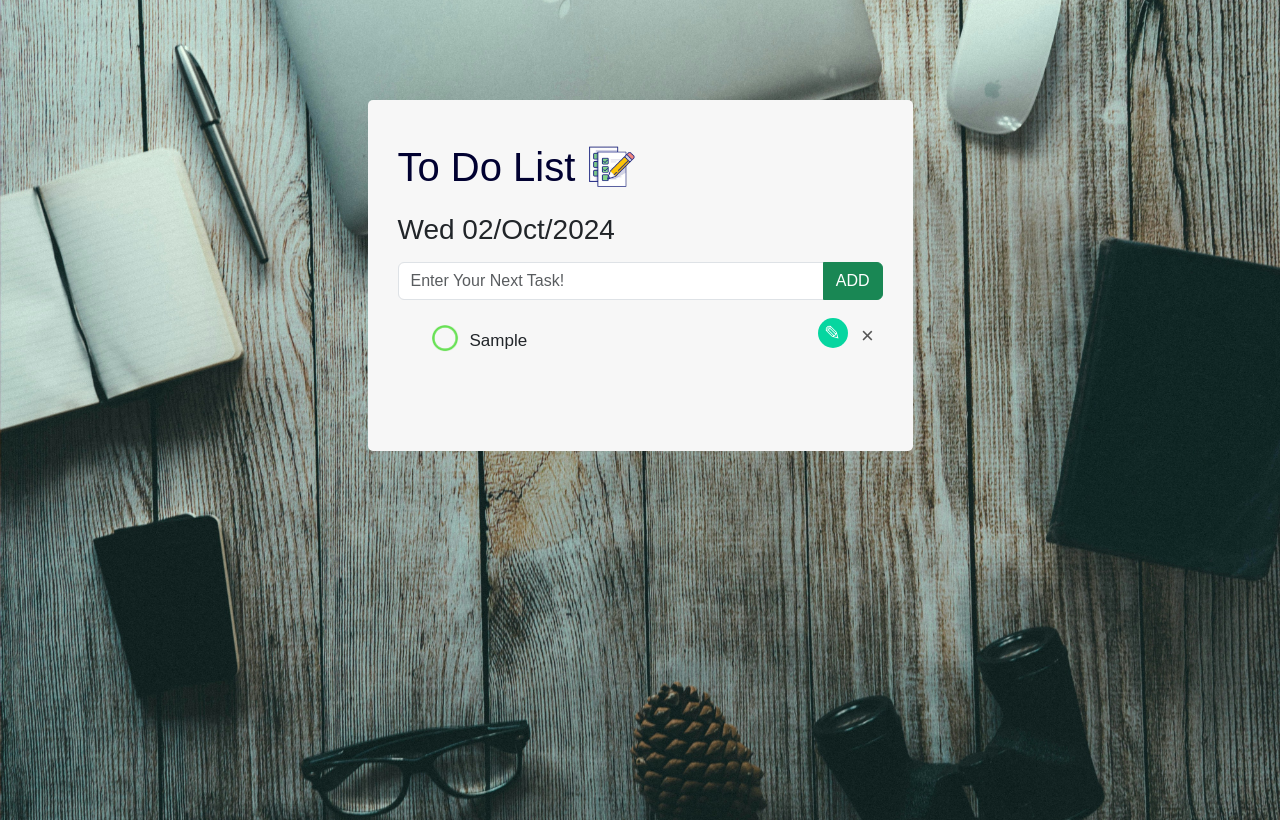
Repository: zeinawady/To_Do_List
Page: index.html
The author's editor kept a copy of each file at every save. The page is drawn from the files as they stood at one save, then again after the next save.
The browser window is 1280 px wide. The pictures show the whole page.
Empty fields were first filled with sample values (such as "Sample", 5 or name@example.com).
After loading, the first visible `button.btn` was clicked once.

Above is the page before, as saved 2024-10-02 02:30:25.

### index.html
<!DOCTYPE html>
<html lang="en">

<head>
    <meta charset="UTF-8">
    <meta name="viewport" content="width=device-width, initial-scale=1.0">
    <title>To Do list</title>
    <link href="https://cdn.jsdelivr.net/npm/bootstrap@5.3.3/dist/css/bootstrap.min.css" rel="stylesheet" integrity="sha384-QWTKZyjpPEjISv5WaRU9OFeRpok6YctnYmDr5pNlyT2bRjXh0JMhjY6hW+ALEwIH" crossorigin="anonymous">
    <link rel="stylesheet" href="css/style.css">
</head>

<body>

    <div class="container">
        <div class="todo-app">
            <h1>To Do List <img src="images/todolistpng.png" alt="to-do-list" class="logo"></h1>
           <h3 id="date"></h3>
            <div class="input-group mb-3">
                <input type="text"  class="form-control" id="input-box" placeholder="Enter Your Next Task!" aria-label="Enter Your Next Task!" aria-describedby="button">
                <button class="btn btn-success" onclick="addTask()">ADD</button>

            </div>
            <ul id="list-container">
                <!-- <li class="checked">Task 0</li>
                <li>Task 1</li> -->
            </ul>
        </div>


    </div>
    <script src="https://cdn.jsdelivr.net/npm/bootstrap@5.3.3/dist/js/bootstrap.bundle.min.js" integrity="sha384-YvpcrYf0tY3lHB60NNkmXc5s9fDVZLESaAA55NDzOxhy9GkcIdslK1eN7N6jIeHz" crossorigin="anonymous"></script>
    <script src="script.js"></script>
</body>

</html>

### css/style.css
* {
    margin: 0;
    padding: 0;
    box-sizing: border-box;
    font-family: Arial, Helvetica, sans-serif;
}

:root {
    --font-color: rgb(1, 1, 49);
}

li {
    list-style: none;
}
body{
    background-image: url(../images/background3.jpg);
    background-position: center;
    background-size: cover;
    background-repeat: no-repeat;
    height: 100vh;
}


.todo-app {

    max-width: 545px;
    background-color: rgb(247, 247, 247);
    margin: 100px auto;
    padding: 40px 30px 70px;
    border-radius: 5px;
    transition: 0.5s;
}

.todo-app:hover {
    box-shadow: 4px 5px rgb(114, 114, 114);

}

.todo-app h1 {
    color: var(--font-color);
    display: flex;
    align-items: center;
    margin-bottom: 20px;

}
#date{
    margin-bottom: 15px;
}

.logo {
    width: 53px;
    margin-left: 10px;
}

.form {
    background-color: #efe2e2;
    border-radius: 10px;
}


ul li {
    position: relative;
    font-size: 17px;
    padding: 12px 2px 12px 40px;
    user-select: none;
    cursor: pointer;
}

ul li::before {
    content: '';
    position: absolute;
    height: 28px;
    width: 28px;
    border-radius: 50%;
    background-image: url(../images/unchecked.png);
    background-size: cover;
    background-position: center;
    left: 1px;
    top: 8px;
}

ul li.checked {
    color: #555;
    text-decoration: line-through;

}

ul li.checked::before {
    color: #666;
    background-image: url(../images/checked.png);
}

ul li span {
    position: absolute;
    right: 0;
    top: 5px;
    width: 30px;
    height: 30px;
    font-size: 22px;
    color: #555;
    line-height: 30px;
    text-align: center;
    border-radius: 50%;
    /* border: solid; */
    transition: 0.2s;
}

ul li span:hover {
    background-color: #e8e6e6;
}
ul li button{
    position: absolute;
    right: 35px;
    top: 2px;
    width: 30px;
    height: 30px;
    text-align: center;
    cursor: pointer;
    border: none;
    outline: none;
    background-color: #06d6a0;
    border-radius: 50%;
    color: rgb(255, 255, 255);
    transition: 0.3s;
    font-size: 20px;
}

### script.js
let listContainer = document.getElementById("list-container");
let inputBox = document.getElementById("input-box");
let currentDate= document.getElementById("date");
function addTask() {
    if (inputBox.value === '') {
        alert("No Task Added!");
    }
    else {
        let li = document.createElement("li");
        li.innerHTML = inputBox.value;
        listContainer.appendChild(li);
        let xSign = document.createElement("span");
        xSign.innerHTML = '\u00d7';  // x sign code
        li.appendChild(xSign);

        let editBtn = document.createElement("button");
        editBtn.innerHTML="\u270E";

        li.appendChild(editBtn);
    }
    inputBox.value = "";  //so that input text become empty again
    saveTask();

}

inputBox.addEventListener("keydown", function (e) {
    if (e.key === "Enter") {
        e.preventDefault();
        addTask();
    }
});

listContainer.addEventListener("click", function (e) {
    //e is the event object contains info about event & target element that was clicked.
    if (e.target.tagName === "LI") {
        e.target.classList.toggle("checked");
        saveTask();
    }
    else if (e.target.tagName === "SPAN") {
        e.target.parentElement.remove();
        saveTask();

    }
    else if(e.target.tagName==="BUTTON"){
        let li=e.target.parentElement;
        let currentTask=li.firstChild.textContent;
        let newTask=prompt("Edit Your Task: " , currentTask);
        li.firstChild.textContent=newTask;
    }
})

function saveTask() {
    localStorage.setItem("Task", listContainer.innerHTML);
}
function showTask() {
    listContainer.innerHTML = localStorage.getItem("Task");
}
showTask();

function displayDate(){
    let date=new Date();
    date=date.toString().split(" ");
    currentDate.innerHTML=date[0]+" "+ date[2]+'/'+ date[1] +'/'+ date[3];
    console.log();
}
window.onload=displayDate();

After the next save:
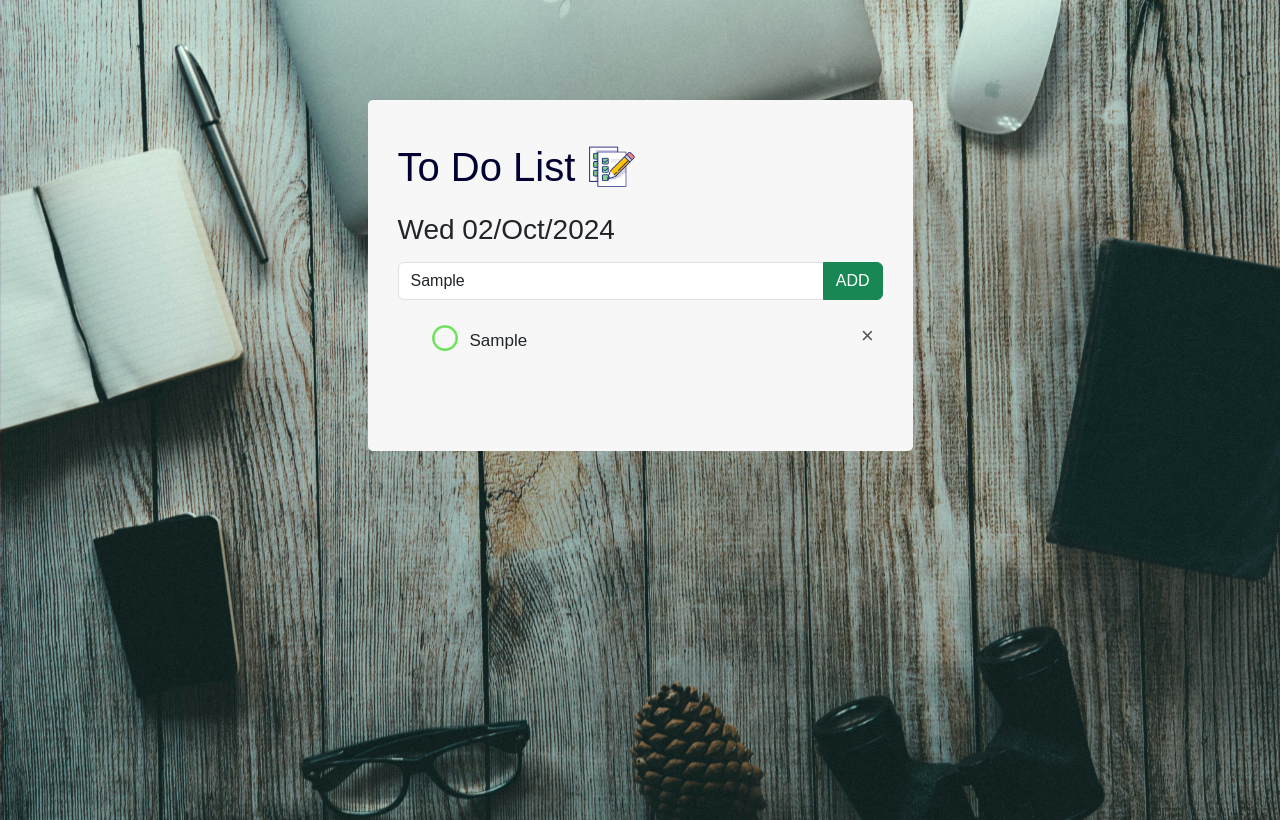
Console error: TypeError: Cannot read properties of undefined (reading 'appendChild')
Saved 36 s later.
--- a/script.js
+++ b/script.js
@@ -15,6 +15,7 @@
 
         let editBtn = document.createElement("button");
         editBtn.innerHTML="\u270E";
+        editBtn.
 
         li.appendChild(editBtn);
     }

After the save that followed:
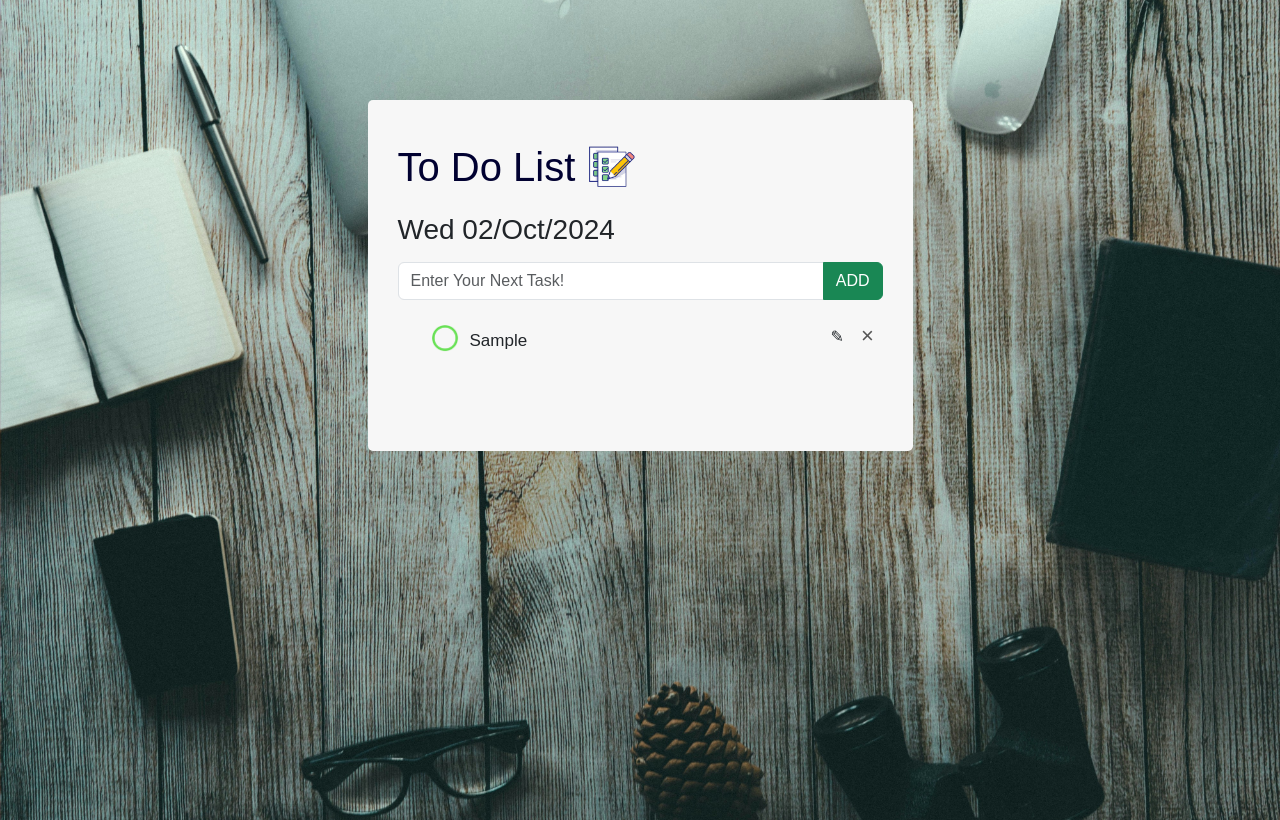
The error is gone.
Saved 7 s later.
--- a/script.js
+++ b/script.js
@@ -15,7 +15,7 @@
 
         let editBtn = document.createElement("button");
         editBtn.innerHTML="\u270E";
-        editBtn.
+        editBtn.classList.add('btn')
 
         li.appendChild(editBtn);
     }
